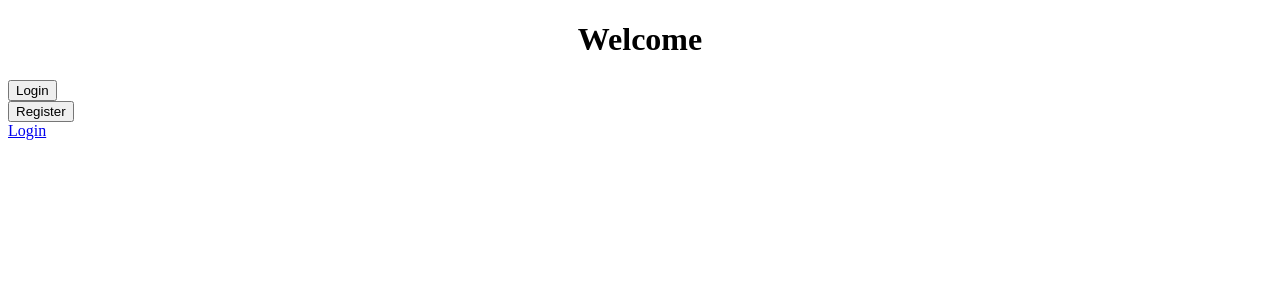
Repository: ramakrishnan1997/ram_javatraining
Page: http://localhost/AdminPortal/
The author's editor kept a copy of each file at every save. The page is drawn from the files as they stood at one save, then again after the next save.
The browser window is 1280 px wide. The pictures show the whole page.
The page is served by Tomcat 9. Other server files are loaded and not shown.

Above is the page before, as saved 2022-07-01 06:40:50.

### AdminPortal/src/main/webapp/index.jsp
<%@ page language="java" contentType="text/html; charset=UTF-8"
    pageEncoding="UTF-8"%>
<!DOCTYPE html>
<html>
<head>
<meta charset="UTF-8">
<title>Insert title here</title>
</head>
<body>
<h1 style="text-align:center">Welcome</h1>
<form>
<div><input type="button" value="Login"></div>
<div><input type="button" value="Register"></div>
</form>
<a href="Login.jsp">Login</a>
</body>
</html>

After the next save:
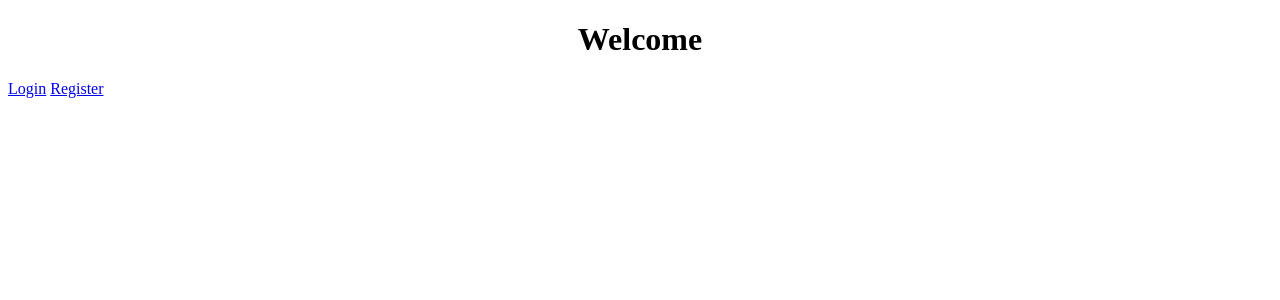
Saved 2 min 9 s later.
--- a/AdminPortal/src/main/webapp/index.jsp
+++ b/AdminPortal/src/main/webapp/index.jsp
@@ -9,9 +9,9 @@
 <body>
 <h1 style="text-align:center">Welcome</h1>
 <form>
-<div><input type="button" value="Login"></div>
-<div><input type="button" value="Register"></div>
+
 </form>
 <a href="Login.jsp">Login</a>
+<a href="register.jsp">Register</a>
 </body>
 </html>
